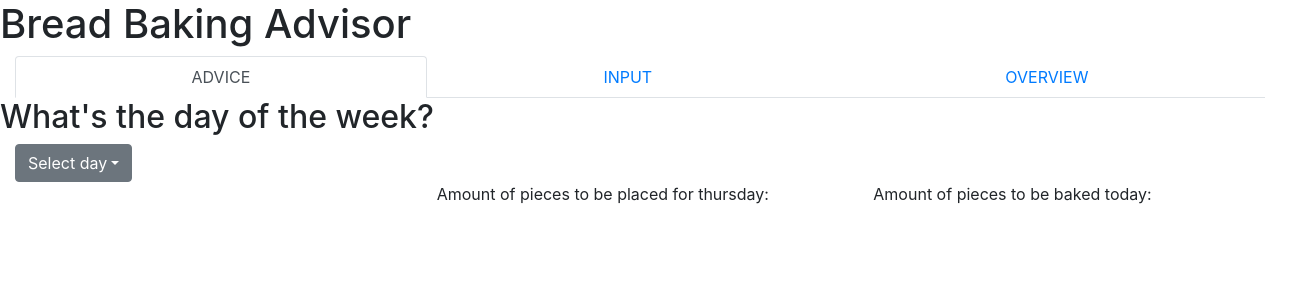
Repository: MarthGimenzo/bread-baking-advisor
Page: index.html
The author's editor kept a record of every edit. The page is drawn from the files as they stood at one moment, then again after the next edit.
The browser window is 1280 px wide. The page is 1295 px wide, so the pictures cover 1295 px, including what lies to the right of the window. The pictures show the whole page.

Above is the page before.

### index.html
<!doctype html>
<html lang="en">

<head>
    <!-- Required meta tags -->
    <meta charset="utf-8">
    <meta name="viewport" content="width=device-width, initial-scale=1, shrink-to-fit=no">

    <!-- Bootstrap CSS -->
    <link rel="stylesheet" href="https://stackpath.bootstrapcdn.com/bootstrap/4.3.1/css/bootstrap.min.css" integrity="sha384-ggOyR0iXCbMQv3Xipma34MD+dH/1fQ784/j6cY/iJTQUOhcWr7x9JvoRxT2MZw1T" crossorigin="anonymous">
    <link rel="stylesheet" href="" type="text/css" />
    <title>Bread Baking Advisor</title>
</head>

<body>

    <h1>Bread Baking Advisor</h1>
    <div class="container-fluid">
        <ul class="nav nav-tabs nav-fill">
            <li class="nav-item">
                <a class="nav-link active" href="#">ADVICE</a>
            </li>
            <li class="nav-item">
                <a class="nav-link" href="#">INPUT</a>
            </li>
            <li class="nav-item">
                <a class="nav-link" href="#">OVERVIEW</a>
            </li>
        </ul>
    </div>
    <h2>What's the day of the week?</h2>
    <div class="container-fluid">
        <div class="dropdown">
            <button class="btn btn-secondary dropdown-toggle" type="button" id="dropdownMenuButton" data-toggle="dropdown" aria-haspopup="true" aria-expanded="false">Select day</button>
            <div class="dropdown-menu" aria-labelledby="dropdownMenuButton">
                <a class="dropdown-item" href="#">Tuesday</a>
                <a class="dropdown-item" href="#">Wednesday</a>
                <a class="dropdown-item" href="#">Thursday</a>
                <a class="dropdown-item" href="#">Friday</a>
                <a class="dropdown-item" href="#">Saturday</a>
                <a class="dropdown-item" href="#">Sunday</a>
            </div>
        </div>
    </div>
    <div class="row">
        <div class="col-4">

        </div>
        <div class="col-4">
            Amount of pieces to be placed for thursday:
        </div>
        <div class="col-4">
            Amount of pieces to be baked today:
        </div>
    </div>



    <!-- Optional JavaScript -->
    <!-- jQuery first, then Popper.js, then Bootstrap JS -->
    <script src="https://code.jquery.com/jquery-3.3.1.slim.min.js" integrity="sha384-q8i/X+965DzO0rT7abK41JStQIAqVgRVzpbzo5smXKp4YfRvH+8abtTE1Pi6jizo" crossorigin="anonymous"></script>
    <script src="https://cdnjs.cloudflare.com/ajax/libs/popper.js/1.14.7/umd/popper.min.js" integrity="sha384-UO2eT0CpHqdSJQ6hJty5KVphtPhzWj9WO1clHTMGa3JDZwrnQq4sF86dIHNDz0W1" crossorigin="anonymous"></script>
    <script src="https://stackpath.bootstrapcdn.com/bootstrap/4.3.1/js/bootstrap.min.js" integrity="sha384-JjSmVgyd0p3pXB1rRibZUAYoIIy6OrQ6VrjIEaFf/nJGzIxFDsf4x0xIM+B07jRM" crossorigin="anonymous"></script>
</body>

</html>

After the next edit:
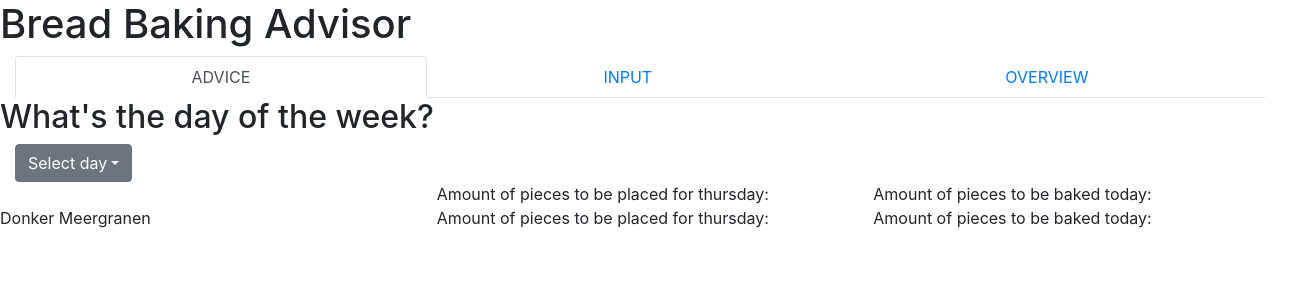
The edit:
--- a/index.html
+++ b/index.html
@@ -53,6 +53,17 @@
             Amount of pieces to be baked today:
         </div>
     </div>
+    <div class="row">
+        <div class="col-4">
+            Donker Meergranen
+        </div>
+        <div class="col-4">
+            Amount of pieces to be placed for thursday:
+        </div>
+        <div class="col-4">
+            Amount of pieces to be baked today:
+        </div>
+    </div>
 
 
 
